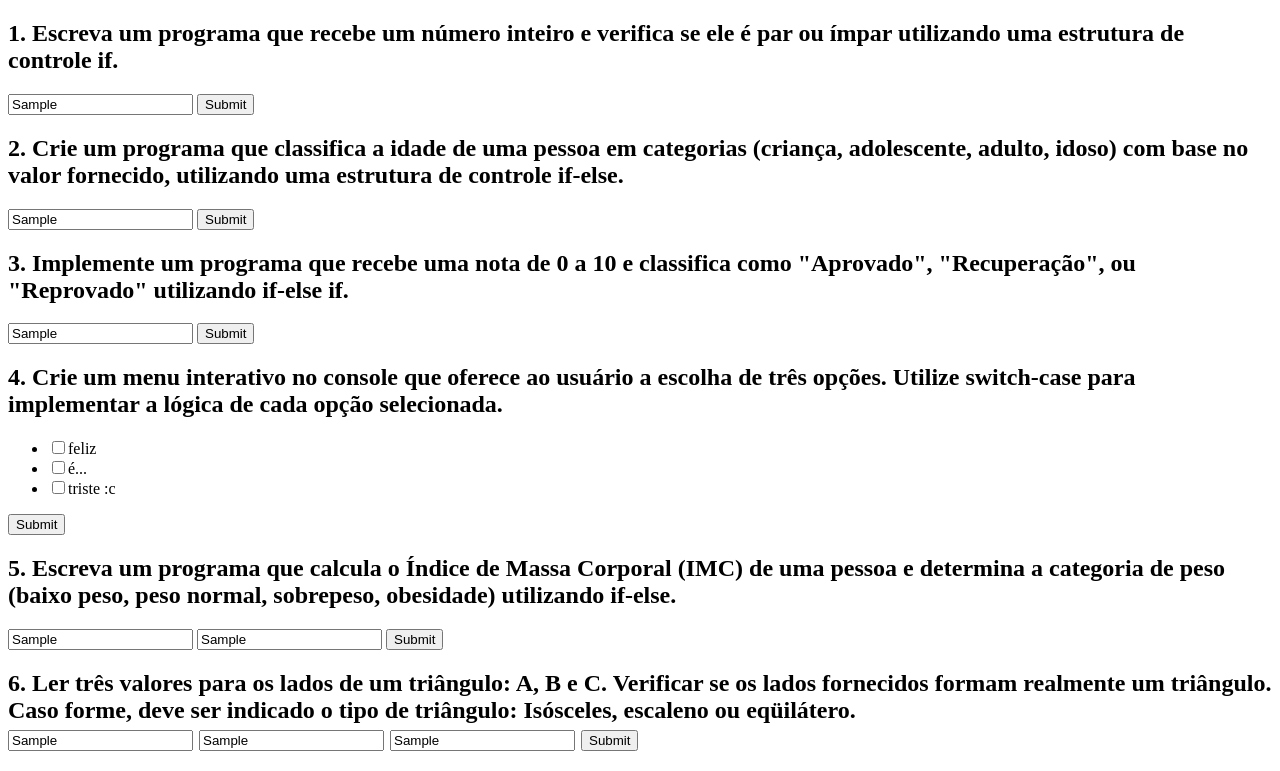
Repository: chidekina/prati-logica
Page: index.html
These files come from the project's save history. The page is drawn as it stood at one moment and after a run of saves; the edit follows.
The browser window is 1280 px wide. The pictures show the whole page.
Empty fields were first filled with sample values (such as "Sample", 5 or name@example.com).
After loading, the first visible `input[onclick="classificacaoIMC()"]` was clicked once.

Above is the page before, as saved 2025-04-29 15:13:17.
Console error: TypeError: Assignment to constant variable.

After the next 6 saves:
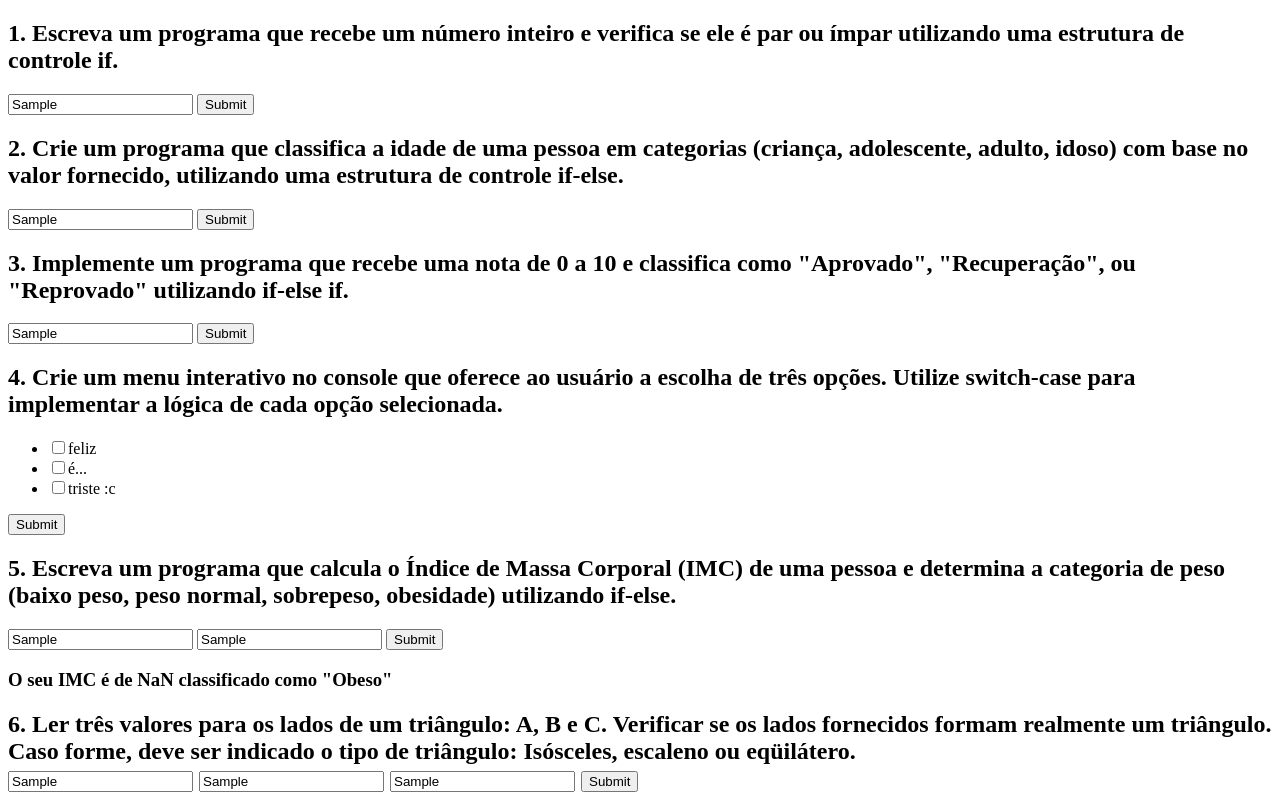
The 6 saves are shown as one change because they came seconds apart.
The last was saved 17 s later.
--- a/app.js
+++ b/app.js
@@ -92,10 +92,10 @@
     else if (IMC < 30) classificacao = 'Sobrepeso';
     else classificacao = 'Obeso';
 
+    answer5.innerHTML = `O seu IMC  é de ${IMC} classificado como "${classificacao}"`;
+
     pesoInput = '';
-    alturaInput = '';
-
-    answer5.innerHTML = `O seu IMC  é de ${IMC} classificado como "${classificacao}"`;
+    alturaInput.value = '';
 }
 
 function classificacaoTriangulo() {

After the 2 saves that followed:
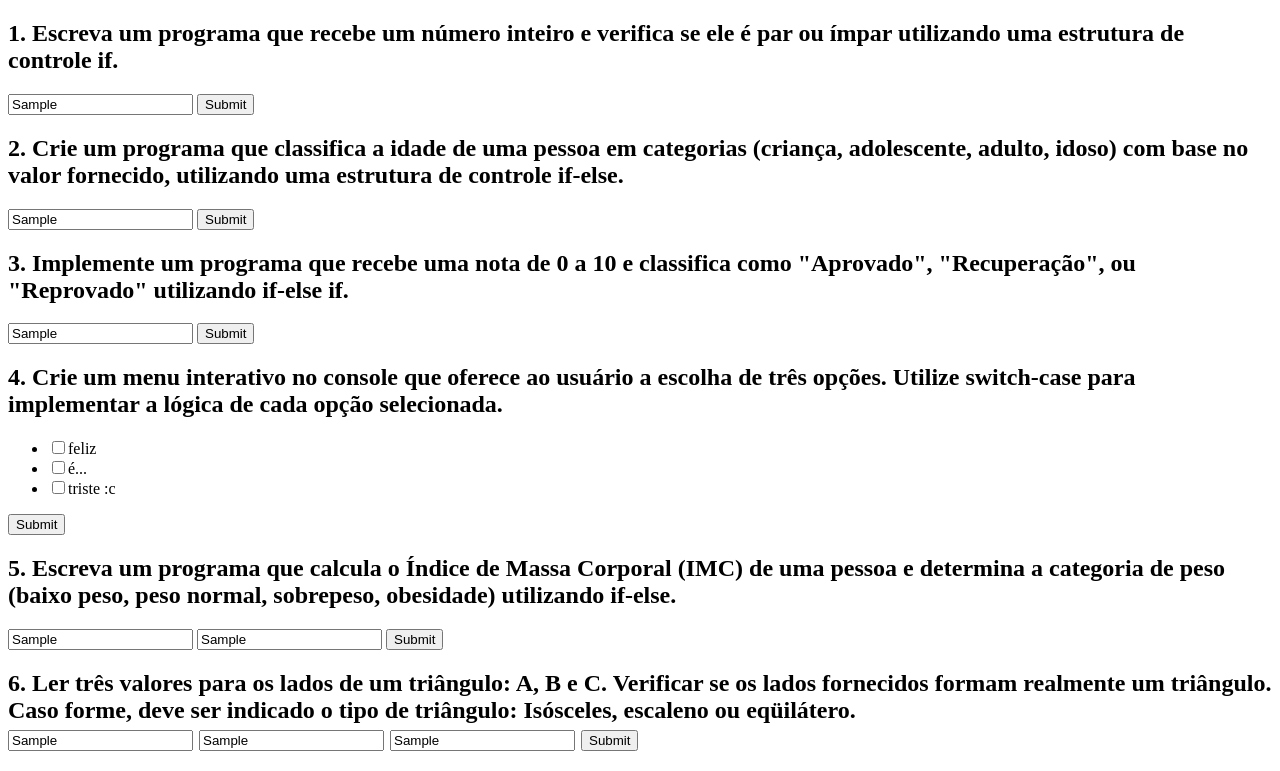
Console error: SyntaxError: Unexpected token '='
The 2 saves are shown as one change because they came seconds apart.
The last was saved 7 s later.
--- a/app.js
+++ b/app.js
@@ -94,7 +94,7 @@
 
     answer5.innerHTML = `O seu IMC  é de ${IMC} classificado como "${classificacao}"`;
 
-    pesoInput = '';
+     = '';
     alturaInput.value = '';
 }
 
